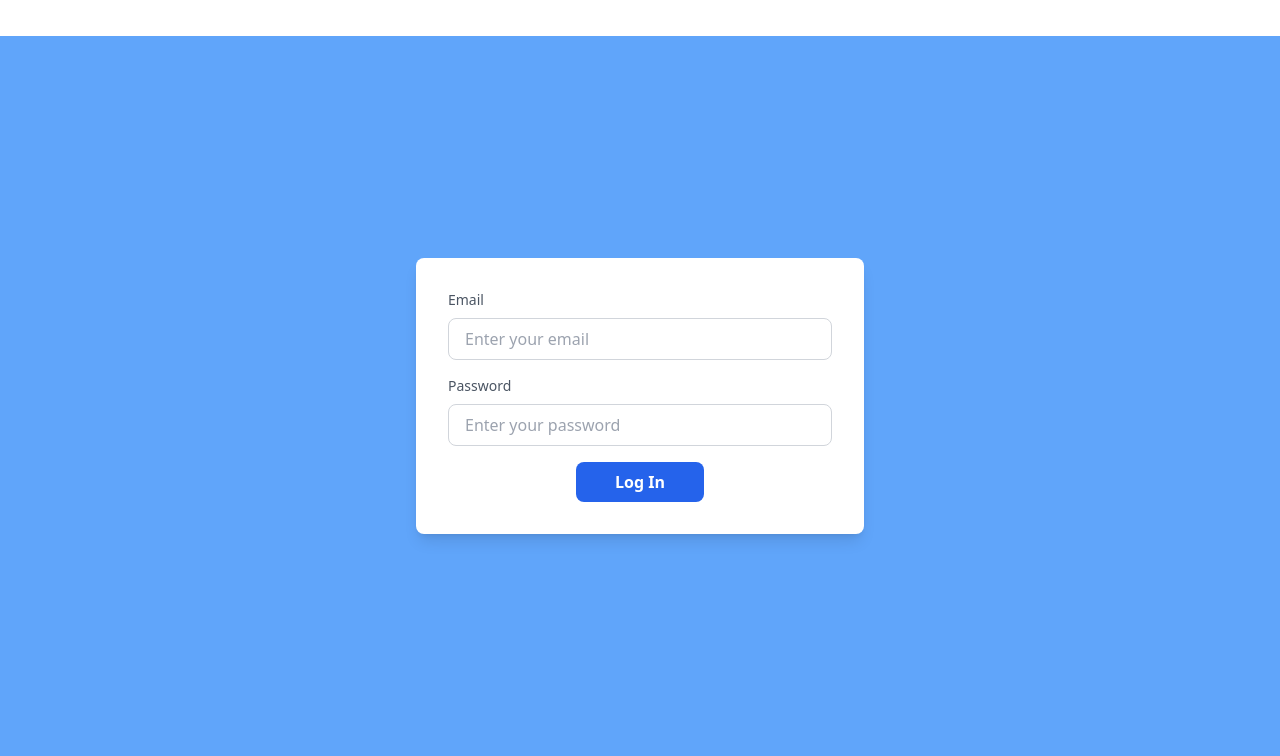
Repository: TEKVOLUTION-LTD/Admin-washKonnect
Page: / (app in Admin-WashKonnect/)
These files come from the project's save history. The page is drawn as it stood at one moment and after the next save; the edit follows.
The browser window is 1280 px wide. The pictures show the whole page.
The project was rebuilt for these pictures with package versions that can differ from the ones it lists, and the page was loaded fresh each time. Also part of the build but not shown: Admin-WashKonnect/vite.config.js.

Above is the page before, as saved 2024-11-13 02:09:40.

### Admin-WashKonnect/src/App.jsx
import Login from './components/Login';
import './App.css'

function App() {


  return (
    <>
    <div className=''>    <Login /> </div>

    </>
  )
}

export default App

### Admin-WashKonnect/src/components/Login.jsx
import React, {useState} from 'react'

const Login = () => {


  const [email, setEmail] = useState('');
  const [password, setPassword] = useState('');

  const handleSubmit = (e) => {
    e.preventDefault();
    // Handle login logic here (e.g., authentication API call)
    console.log('Email:', email);
    console.log('Password:', password);
  };

  return (

    <>
<div className=''>
<h1 className='flex font-bold text-3xl text-white'>WashKonnect</h1>
    <div className="flex items-center justify-center min-h-screen bg-blue-400">


      <div className="w-full max-w-md p-8 space-y-6 bg-white rounded-lg shadow-lg">

        <form className="space-y-4" onSubmit={handleSubmit}>
          <div>
            <label htmlFor="email" className="block text-start text-sm font-medium text-gray-600">
              Email
            </label>
            <input
              type="email"
              id="email"
              value={email}
              onChange={(e) => setEmail(e.target.value)}
              required
              className="w-full px-4 py-2 mt-2 text-gray-800 border border-gray-300 rounded-lg focus:outline-none focus:ring-2 focus:ring-blue-500"
              placeholder="Enter your email"
            />
          </div>
          <div>
            <label htmlFor="password" className="block text-start text-sm font-medium text-gray-600">
              Password
            </label>
            <input
              type="password"
              id="password"
              value={password}
              onChange={(e) => setPassword(e.target.value)}
              required
              className="w-full px-4 py-2 mt-2 text-gray-800 border border-gray-300 rounded-lg focus:outline-none focus:ring-2 focus:ring-blue-500"
              placeholder="Enter your password"
            />
          </div>
          <button
            type="submit"
            className="w-1/3 px-4 py-2 font-semibold text-white bg-blue-600 rounded-lg hover:bg-blue-700 focus:outline-none focus:ring-2 focus:ring-blue-500 focus:ring-offset-2"
          >
            Log In
          </button>
        </form>
      </div>
    </div>


</div>


    </>
  )
}

export default Login

### Admin-WashKonnect/src/App.css
#root {
  max-width: 1280px;
  margin: 0 auto;

  text-align: center;
}

Loaded but not shown: Admin-WashKonnect/index.html (common file); Admin-WashKonnect/src/main.jsx (common file); Admin-WashKonnect/src/index.css (common file); Admin-WashKonnect/tailwind.config.js (common file)

After the next save:
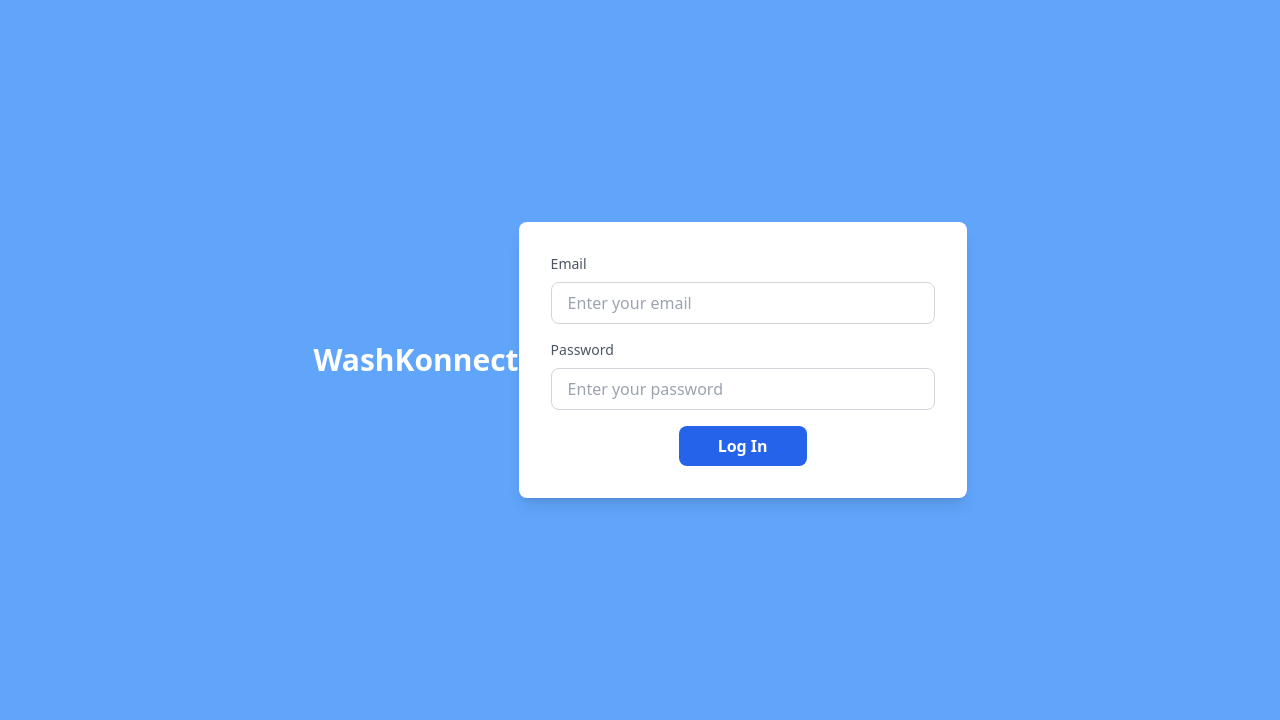
Saved 29 s later.
--- a/Admin-WashKonnect/src/components/Login.jsx
+++ b/Admin-WashKonnect/src/components/Login.jsx
@@ -17,9 +17,9 @@
 
     <>
 <div className=''>
-<h1 className='flex font-bold text-3xl text-white'>WashKonnect</h1>
+
     <div className="flex items-center justify-center min-h-screen bg-blue-400">
-
+    <h1 className='flex font-bold text-3xl text-white'>WashKonnect</h1>
 
       <div className="w-full max-w-md p-8 space-y-6 bg-white rounded-lg shadow-lg">
 

After the save that followed:
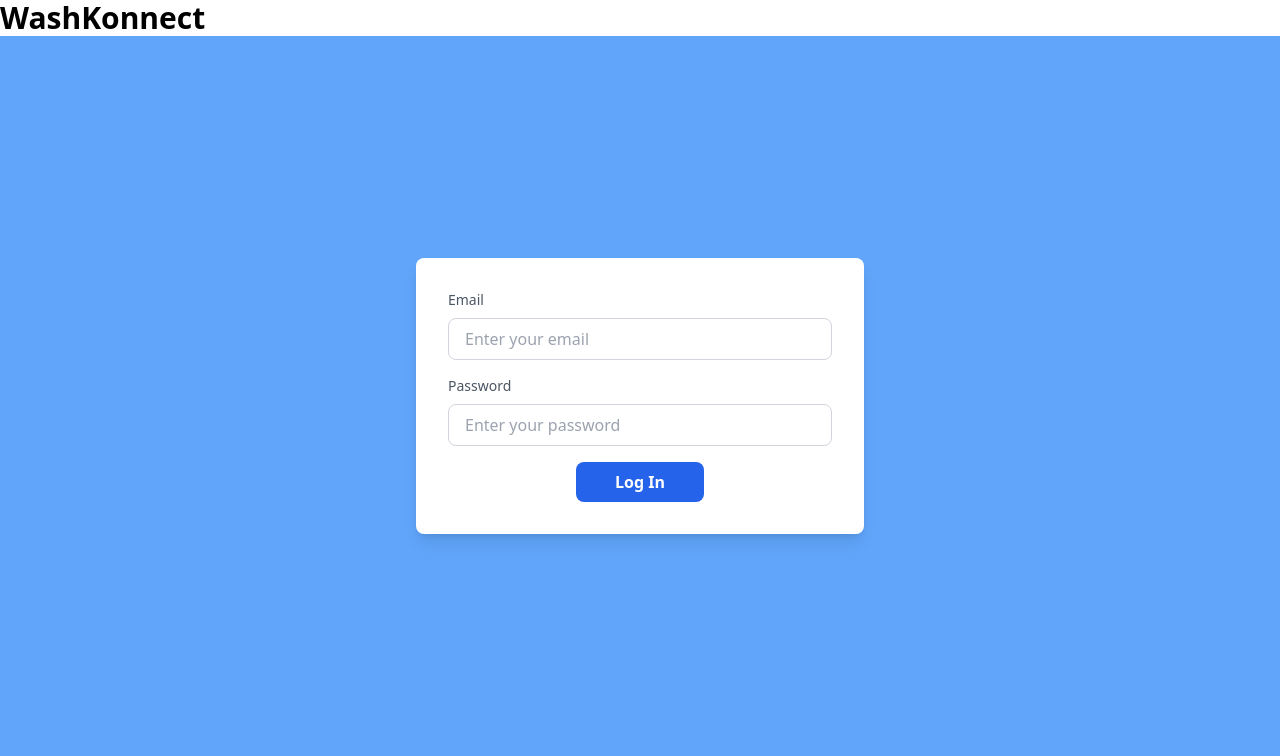
Saved 30 s later.
--- a/Admin-WashKonnect/src/components/Login.jsx
+++ b/Admin-WashKonnect/src/components/Login.jsx
@@ -17,9 +17,9 @@
 
     <>
 <div className=''>
+<h1 className='flex font-bold text-3xl text-red'>WashKonnect</h1>
+    <div className="flex items-center justify-center min-h-screen bg-blue-400">
 
-    <div className="flex items-center justify-center min-h-screen bg-blue-400">
-    <h1 className='flex font-bold text-3xl text-white'>WashKonnect</h1>
 
       <div className="w-full max-w-md p-8 space-y-6 bg-white rounded-lg shadow-lg">
 
